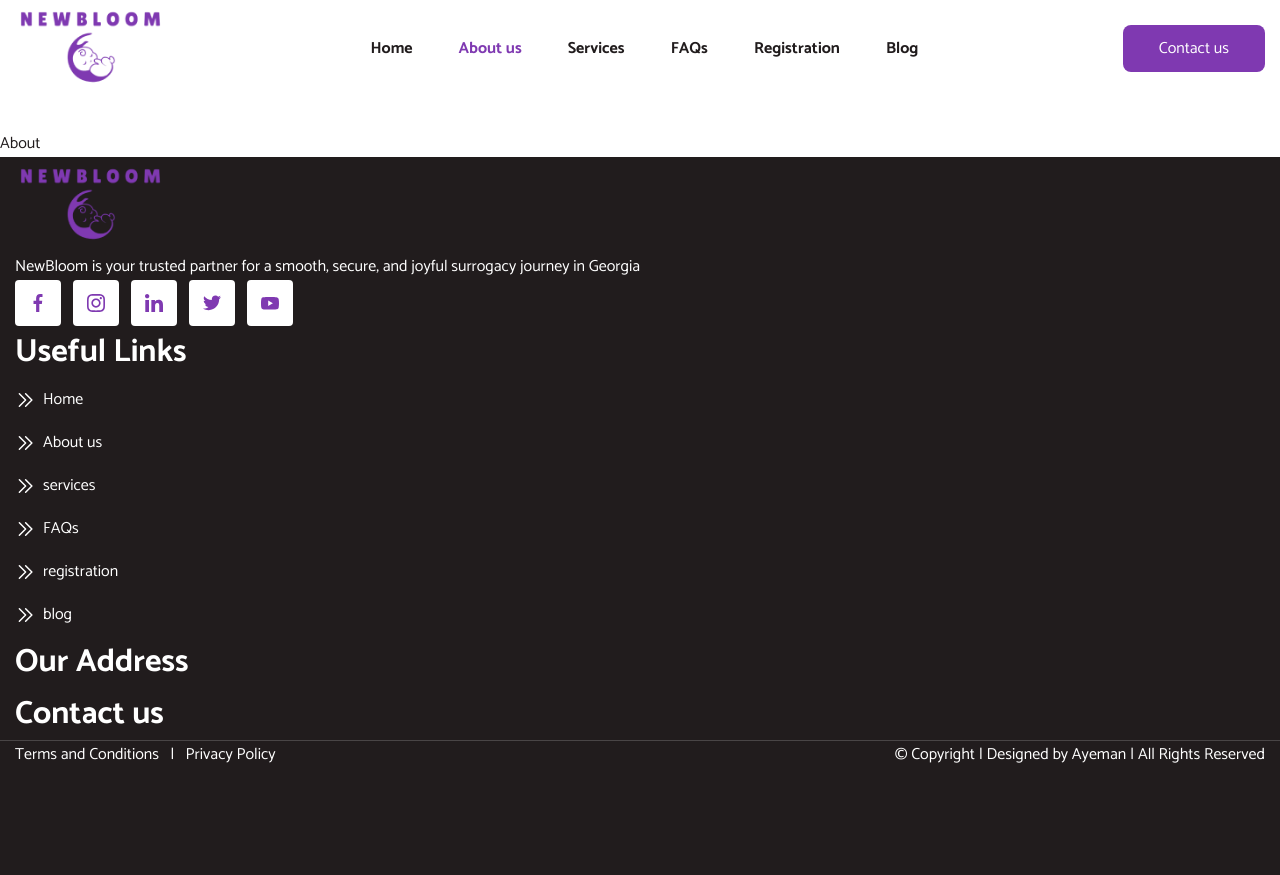
Repository: LenarTulupov/bloom
Page: /about
An editor plug-in stored every save of this project. The page is shown before and after a run of saves, followed by the edit.
The browser window is 1280 px wide. The pictures show the whole page.
The project was rebuilt for these pictures with package versions that can differ from the ones it lists, and the page was loaded fresh each time. The framework's server and built-in components were replaced by stand-ins that run in the browser. Also part of the build but not shown: next.config.ts.

Above is the page before, as saved 2024-12-28 10:47:18.

### src/app/layout.tsx
import type { Metadata } from "next";
import "./globals.scss";

export const metadata: Metadata = {
  title: "Create Next App",
  description: "Generated by create next app",
};

export default function RootLayout({
  children,
}: Readonly<{
  children: React.ReactNode;
}>) {
  return (
    <html lang="en">
      <body>
        {children}
      </body>
    </html>
  );
}

### src/app/(pages)/layout.tsx
import Footer from "@/components/ui/footer/footer";
import Header from "@/components/ui/header/header";
import { ReactNode } from "react";
import styles from './layout.module.scss';

interface IPagesLayout {
  children: ReactNode;
}

export default function PagesLayout({ children }: IPagesLayout) {
  return (
    <>
      <Header />
      <main className={styles.children}>
        {children}
      </main>
      <Footer />
    </>
  )
};

### src/app/(pages)/about/page.tsx
import About from "@/client-pages/pages/about/about";

export default function AboutPage() {
  return <About />
};

### src/app/globals.scss
@import url('https://fonts.googleapis.com/css2?family=Catamaran:wght@400;500;600;700&display=swap');
@import url('https://fonts.googleapis.com/css2?family=Source+Sans+3:wght@600;700&display=swap');
@import url('https://fonts.googleapis.com/css2?family=Inter:opsz@14..32&display=swap');
@import url('https://fonts.googleapis.com/css2?family=Nunito:wght@600&display=swap');

:root {
  --background: #ffffff;

  --header-height: 130px;
  --footer-height: 718px;
  --container-width: 1350px;
  --border-radius-big: 12px;
  --border-radius-middle: 8px;
  --border-radius-small: 4px;

  --white-color: #fff;
  --black-color: #211c1d;
  --accent-color: #7f39b1;
  --gray-color: #F6F6F6;

  // Hovers
  --accent-hover: #9126de;

  --font-main: "Catamaran", serif;
  --font-second: "Source Sans 3", serif;
  --font-third: "Nunito", serif;
  --font-forth: "Inter", serif;
}

html,
body {
  max-width: 100vw;
  overflow-x: hidden;
}

body {
  color: var(--black-color);
  background: var(--background);
  font-family: var(--font-main);
  -webkit-font-smoothing: antialiased;
  -moz-osx-font-smoothing: grayscale;
}

* {
  box-sizing: border-box;
  padding: 0;
  margin: 0;
}

a {
  color: inherit;
  text-decoration: none;
}
li {
  list-style-type: none;
}

### src/components/ui/footer/footer.tsx
import Container from '../container/container';
import Divider from '../divider/divider';
import FooterCompany from './footer-company/footer-company';
import FooterLinks from './footer-links/footer-links';
import FooterAddress from './footer-address/footer-address';
import FooterContact from './footer-contact/footer-contact';
import styles from './footer.module.scss';
import FooterPrivacy from './footer-privacy/footer-privacy';

export default function Footer() {
  return (
    <footer className={styles.footer}>
      <Container>
        <div className={styles.footer__content}>
          <FooterCompany />
          <FooterLinks />
          <FooterAddress />
          <FooterContact />
        </div>
      </Container>
      <Divider />
      <Container>
        <FooterPrivacy />
      </Container>
    </footer>
  )
};

### src/components/ui/header/header.tsx
import styles from './header.module.scss';
import Navigation from "../navigation/navigation";
import Logo from '../logo/logo';
import Button from '../button/button';
import Container from '../container/container';

export default function Header() {
  return (
    <header className={styles.header}>
      <Container>
        <div className={styles.header__content}>
          <Logo />
          <Navigation/>
          <Button href='/contact-us'>Contact us</Button>
        </div>
      </Container>
    </header>
  )
};

### src/app/(pages)/layout.module.scss
.children {
  min-height: calc(100vh - var(--header-height) - var(--footer-height));
}

### src/client-pages/pages/about/about.tsx
export default function About() {
  return (
    <div>
        About
    </div>
  )
};

### src/components/ui/container/container.tsx
import { ReactNode } from 'react';
import styles from './container.module.scss';

interface IContainer {
  children: ReactNode;
  className?: string;
}

export default function Container({ children, className }: IContainer) {
  return (
    <div className={`${styles.container} ${className || ''}`}>
      {children}
    </div>
  )
};

### src/components/ui/divider/divider.tsx
import styles from './divider.module.scss';

export default function Divider() {
  return (
    <div className={styles.divider} />
  )
};

### src/components/ui/footer/footer-company/footer-company.tsx
import Logo from '../../logo/logo';
import styles from './footer-company.module.scss';
import FooterSocials from './footer-socials/footer-socials';

export default function FooterCompany() {
  return (
    <div className={styles.footer__company}>
      <Logo />
      <p className={styles['footer__company-description']}>
        NewBloom is your trusted partner for a smooth, secure, and joyful surrogacy journey in Georgia
      </p>
      <FooterSocials />
    </div>
  )
};

### src/components/ui/footer/footer-links/footer-links.tsx
import { navItems } from '@/constants/nav-items';
import styles from './footer-links.module.scss';
import Link from 'next/link';
import Image from 'next/image';
import Title from '../../title/title';

export default function FooterLinks() {
  return (
    <div className={styles['footer__links']}>
      <Title title='Useful Links' />
      <ul className={styles['footer__links-list']}>
        {navItems.map((item) => (
          <li key={item.id} className={styles['footer__links-item']}>
            <Link href={item.href} className={styles['footer__links-link']}>
              <Image
                alt="dobble arrow"
                src="/icons/DobbleArrow.svg"
                width={20}
                height={20}
              />
              {item.name}
            </Link>
          </li>
        ))}
      </ul>
    </div>
  )
};

### src/components/ui/footer/footer-address/footer-address.tsx
import Title from "../../title/title";

export default function FooterAddress() {
  return (
    <div>
      <Title title='Our Address' />
    </div>
  )
};

### src/components/ui/footer/footer-contact/footer-contact.tsx
import Title from "../../title/title";

export default function FooterContact() {
  return (
    <div>
      <Title title='Contact us' />
    </div>
  )
};

### src/components/ui/footer/footer.module.scss
.footer {
  height: var(--footer-height);
  background-color: var(--black-color);
  &__contant {

  }
}

### src/components/ui/footer/footer-privacy/footer-privacy.tsx
import styles from './footer-privacy.module.scss';

export default function FooterPrivacy() {
  return (
    <div className={styles.footer__privacy}>
      <div>Terms and Conditions   |   Privacy Policy </div>
      <div>© Copyright | Designed  by Ayeman | All Rights Reserved</div>
    </div>
  )
};

### src/components/ui/header/header.module.scss
.header {
  height: var(--header-height);
  background-color: var(--white-color);
  &__content {
    display: flex;
    justify-content: space-between;
    align-items: center;
  }
}

### src/components/ui/navigation/navigation.tsx
'use client'

import Link from 'next/link';
import { usePathname } from 'next/navigation';
import styles from './navigation.module.scss';
import { navItems } from '@/constants/nav-items';

export default function Navigation() {
  const pathname = usePathname();
  return (
    <nav className={styles.navigation}>
      <ul className={styles.navigation__list}>
        {navItems.map((item) => (
          <li key={item.id} className={styles.navigation__item}>
            <Link
              href={item.href.toLowerCase()}
              className={`
                ${styles.navigation__link}
                ${pathname === item.href ? styles.navigation__link_active : ''}
              `}
            >
              {item.name.slice(0, 1).toUpperCase() + item.name.slice(1)}
            </Link>
          </li>
        ))}
      </ul>
    </nav>
  )
};

### src/components/ui/logo/logo.tsx
import Image from "next/image";
import styles from './logo.module.scss';

export default function Logo() {
  const logo = '/logo.png';
  return (
    <div className={styles.logo}>
      <Image
        alt="logo"
        src={logo}
        width={151}
        height={87}
        priority
      />
    </div>
  )
};

### src/components/ui/button/button.tsx
import Link from "next/link";
import { ReactNode } from "react";
import styles from './button.module.scss';

interface IButton {
  children: ReactNode;
  href: string;
  color?: 'purple' | 'white' | 'yellow';
  className?: string;
}

export default function Button({
  children,
  href,
  color = 'purple',
  className }: IButton) {
  return (
    <Link
      className={`
        ${styles.button}
        ${className || ''}
        ${styles[color]}
      `}
      href={href}
      color={color}
    >
      {children}
    </Link>
  )
};

### src/components/ui/container/container.module.scss
.container {
  max-width: var(--container-width);
  margin: 0 auto;
  padding: 0 15px;
}

### src/components/ui/divider/divider.module.scss
.divider {
  width: 100%;
  height: 1px;
  background-color: var(--white-color);
  opacity: .18;
}

### src/components/ui/footer/footer-company/footer-company.module.scss
.footer {
  &__company {
    &-description {
      color: var(--white-color);
    }
  }
}

### src/components/ui/footer/footer-company/footer-socials/footer-socials.tsx
import { socialButtons } from "@/constants/social-buttons";
import SocialButton from "../../../social-button/social-button";
import styles from './footer-socials.module.scss';

export default function FooterSocials() {
  return (
    <div className={styles['footer__company-socials']}>
      {socialButtons.map((button) => (
        <SocialButton
          key={button.id}
          href={button.name}
          alt={button.name}
          src={button.icon}
        />
      ))}
    </div>
  )
};

### src/constants/nav-items.ts
export const navItems = [
  { id: 1, href: "/", name: "Home" },
  { id: 2, href: "/about", name: "About us" },
  { id: 3, href: "/services", name: "services" },
  { id: 4, href: "/FAQs", name: "FAQs" },
  { id: 5, href: "/registration", name: "registration" },
  { id: 6, href: "/blog", name: "blog" },
];

### src/components/ui/footer/footer-links/footer-links.module.scss
.footer__links {
  &-list {
    color: var(--white-color);
  }
  &-link {
    display: flex;
    align-items: center;
    column-gap: 8px;
    padding: 8px 0;
  }
}

### src/components/ui/title/title.tsx
import { HTMLAttributes } from 'react';
import styles from './title.module.scss';

interface ITitle extends HTMLAttributes<HTMLHeadingElement> {
  title: string;
  className?: string;
  color?: 'white' | 'black';
}

export default function Title({
  title,
  className,
  color = 'white',
  ...props }: ITitle) {
  return (
    <h1
      className={`
        ${styles.title}
        ${className || ''}
        ${styles[color]}
      `}
      {...props}
    >
      {title}
    </h1>
  )
};

### src/components/ui/footer/footer-privacy/footer-privacy.module.scss
.footer {
  &__privacy {
    color: white;
    display: flex;
    justify-content: space-between;
  }
}

### src/components/ui/navigation/navigation.module.scss
.navigation {
  &__list {
    display: flex;
    font-weight: 700;
  }
  &__link {
    padding: 27px 23px;
    &_active {
      color: var(--accent-color);
    }
  }
}

### src/components/ui/logo/logo.module.scss
.logo {
  position: relative;
  img {
    object-fit: cover;
  }
}

### src/components/ui/button/button.module.scss
.button {
  padding: 10px 36px;
  border-radius: var(--border-radius-middle);
  color: var(--white-color);

}

.purple {
  background-color: var(--accent-color);
  transition: background-color .3s ease-in-out;
  &:hover {
    background-color: var(--accent-hover);
  }
}
.white {

}
.yellow {

}

### src/constants/social-buttons.ts
export const socialButtons = [
  {id: 1, name: 'facebook', icon: '/icons/Facebook.svg'},
  {id: 2, name: 'instagram', icon: '/icons/Instagram.svg'},
  {id: 3, name: 'linkedin', icon: '/icons/Linkedin.svg'},
  {id: 4, name: 'twitter', icon: '/icons/twitter.svg'},
  {id: 5, name: 'youtube', icon: '/icons/youtube.svg'},
]

### src/components/ui/social-button/social-button.tsx
import Image from "next/image";
import Link from "next/link";
import styles from './social-button.module.scss';

interface ISocialButton {
  href: string;
  alt: string;
  src: string;
}

export default function SocialButton({ href, alt, src }: ISocialButton) {
  return (
    <Link href={href} className={styles['social-button']}>
      <Image
        alt={alt}
        src={src}
        width={18}
        height={18}
      />
    </Link>
  )
};

### src/components/ui/footer/footer-company/footer-socials/footer-socials.module.scss
.footer__company-socials {
  display: flex;
  column-gap: 12px;
}

### src/components/ui/title/title.module.scss
.title {

}
.white {
  color: var(--white-color)
}

### src/components/ui/social-button/social-button.module.scss
.social-button {
  display: flex;
  align-items: center;
  justify-content: center;
  width: 46px;
  height: 46px;
  background-color: var(--white-color);
  border-radius: var(--border-radius-small);
  &:hover {
    background-color: var(--accent-color);
    img {
      transition: filter .3s ease-in-out;
      filter: brightness(0) invert(1);
    }
  }
}

After the next 3 saves:
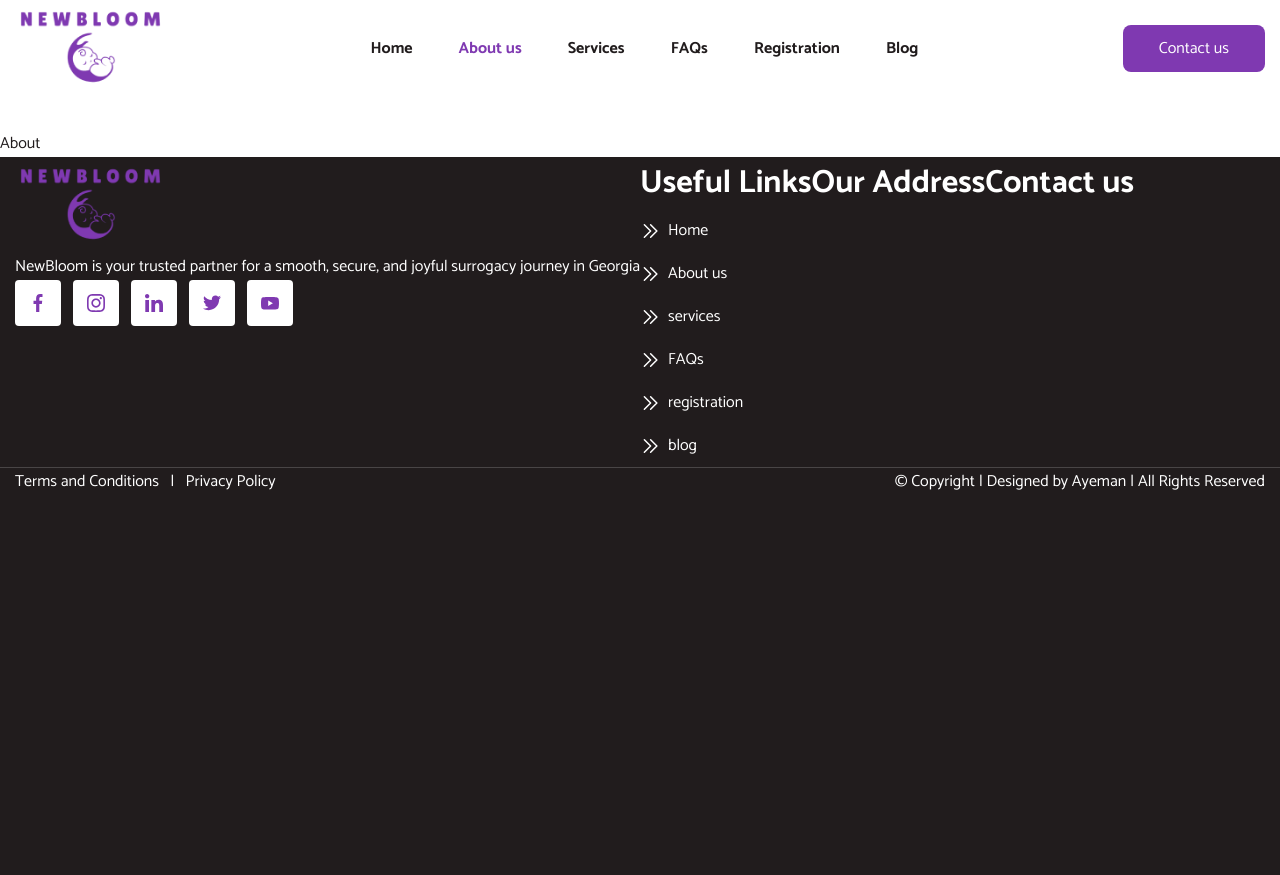
The 3 saves are shown as one change because they came seconds apart.
The last was saved 22 s later.
--- a/src/components/ui/footer/footer.module.scss
+++ b/src/components/ui/footer/footer.module.scss
@@ -1,7 +1,8 @@
 .footer {
   height: var(--footer-height);
   background-color: var(--black-color);
-  &__contant {
+  &__content {
+    display: flex;
 
   }
 }
